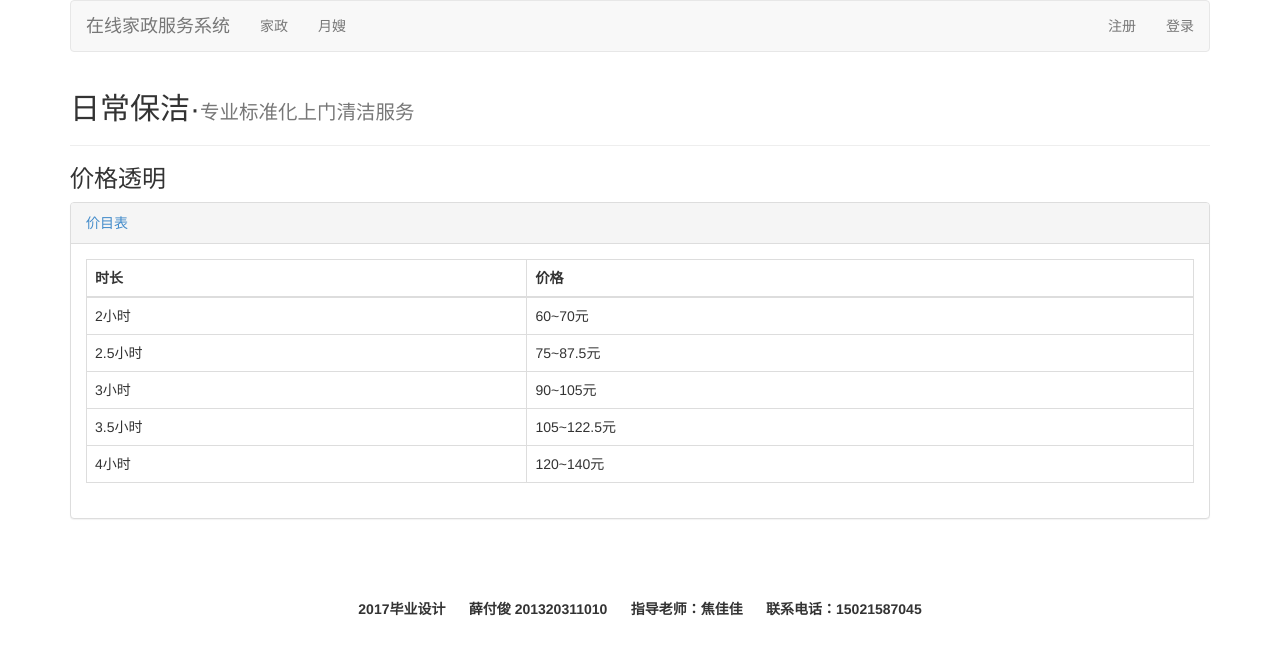
Repository: ELeonCXFJ/MyEclipseWS
Page: http://localhost/MyWeb/jsps/product/keeper/dailywork.jsp
These files come from the project's save history. The page is drawn as it stood at one moment and after a run of saves; the edit follows.
The browser window is 1280 px wide. The pictures show the whole page.
The page is served by Tomcat 9. Nobody is signed in. The application's start-up code is not run.

Above is the page before, as saved 2017-03-21 05:04:42.

After the next 2 saves:
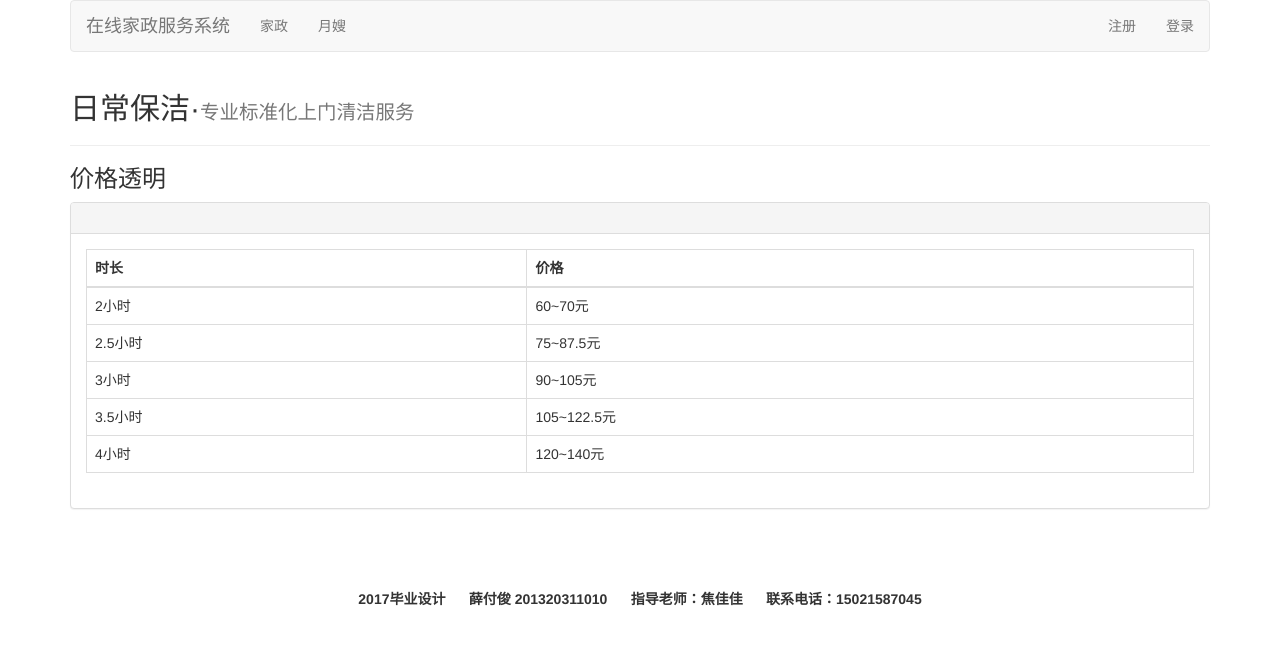
The 2 saves are shown as one change because they came seconds apart.
The last was saved 16 s later.
--- a/MyWeb/WebRoot/jsps/product/keeper/dailywork.jsp
+++ b/MyWeb/WebRoot/jsps/product/keeper/dailywork.jsp
@@ -23,7 +23,7 @@
 			<h3>价格透明</h3>
 			<div class="panel panel-default">
 				<div class="panel-heading">
-					<a align="middle">价目表</a>
+					<p></p>
 				</div>
 				<div class="panel-body">
 					<table class="table table-bordered">
